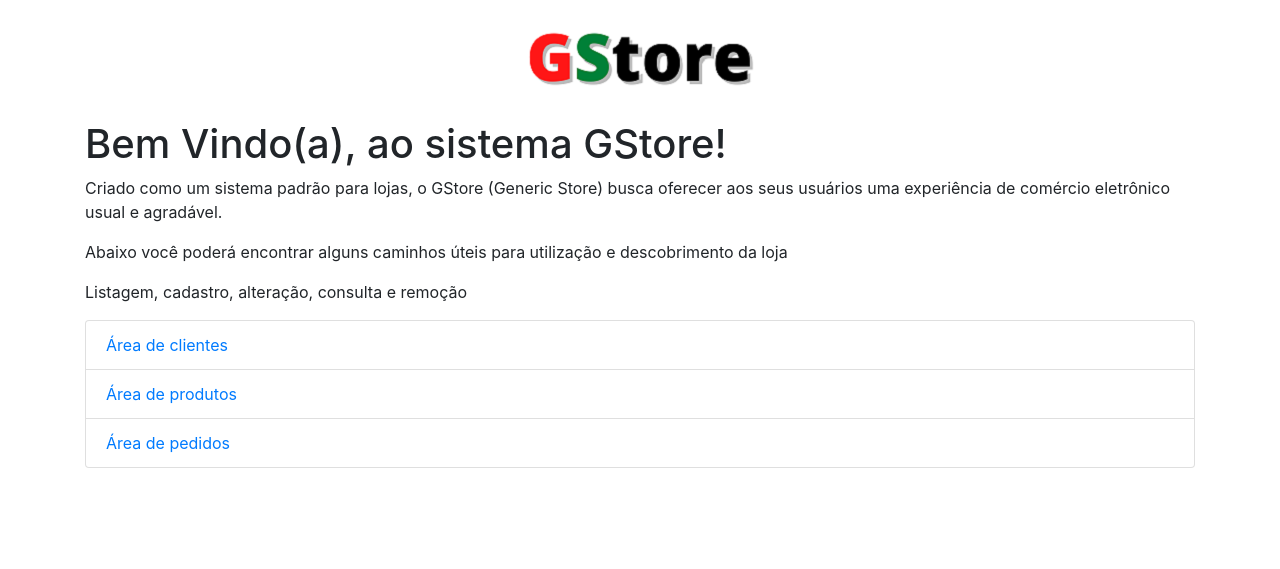
Repository: ElizeusRamos/gstore
Page: GStoreWorkspace/GStoreWeb/WebContent/index.html
An editor plug-in stored every save of this project. The page is shown before and after the next save, followed by the edit.
The browser window is 1280 px wide. The pictures show the whole page.

Above is the page before, as saved 2022-05-29 18:46:54.

After the next save:
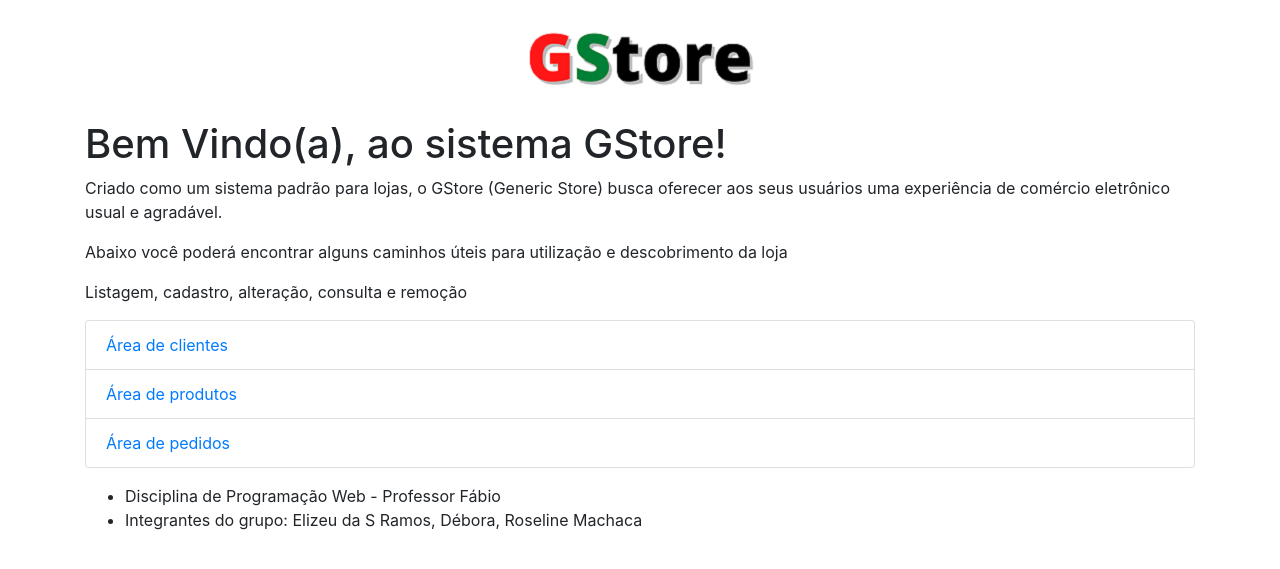
Saved 2 min 16 s later.
--- a/GStoreWorkspace/GStoreWeb/WebContent/index.html
+++ b/GStoreWorkspace/GStoreWeb/WebContent/index.html
@@ -31,6 +31,14 @@
 					<li class="list-group-item"><a href="PedidoController">Área de pedidos</a></li>
 				</ul>
 			</p>
+
+			<p>
+				<ul>
+					<li>Disciplina de Programação Web - Professor Fábio</li>
+					<li>Integrantes do grupo: Elizeu da S Ramos, Débora, Roseline Machaca</li>
+				</ul>
+
+			</p>
 	</div>
 
 	</body>
